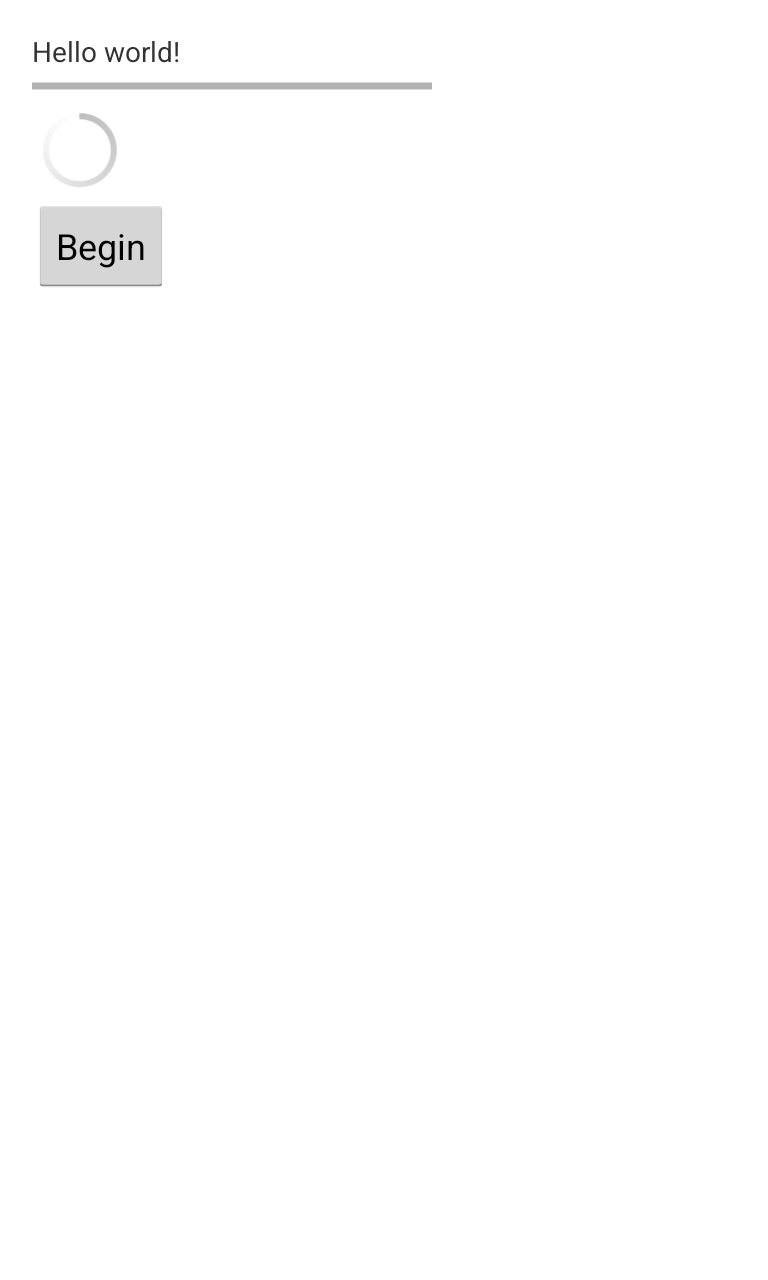
Repository: 729517723/AndroidProject
Layout: Contrl_ProcessBar/res/layout/activity_main.xml
The author's editor kept a copy of each file at every save. The layout is drawn from the files as they stood at one save, then again after the next save.
It is drawn on a 768 x 1280 px phone screen (xhdpi) without system bars, with theme AppTheme; the app's code is not run.

Above is the layout before, as saved 2016-08-21 09:34:37.

After the next save:
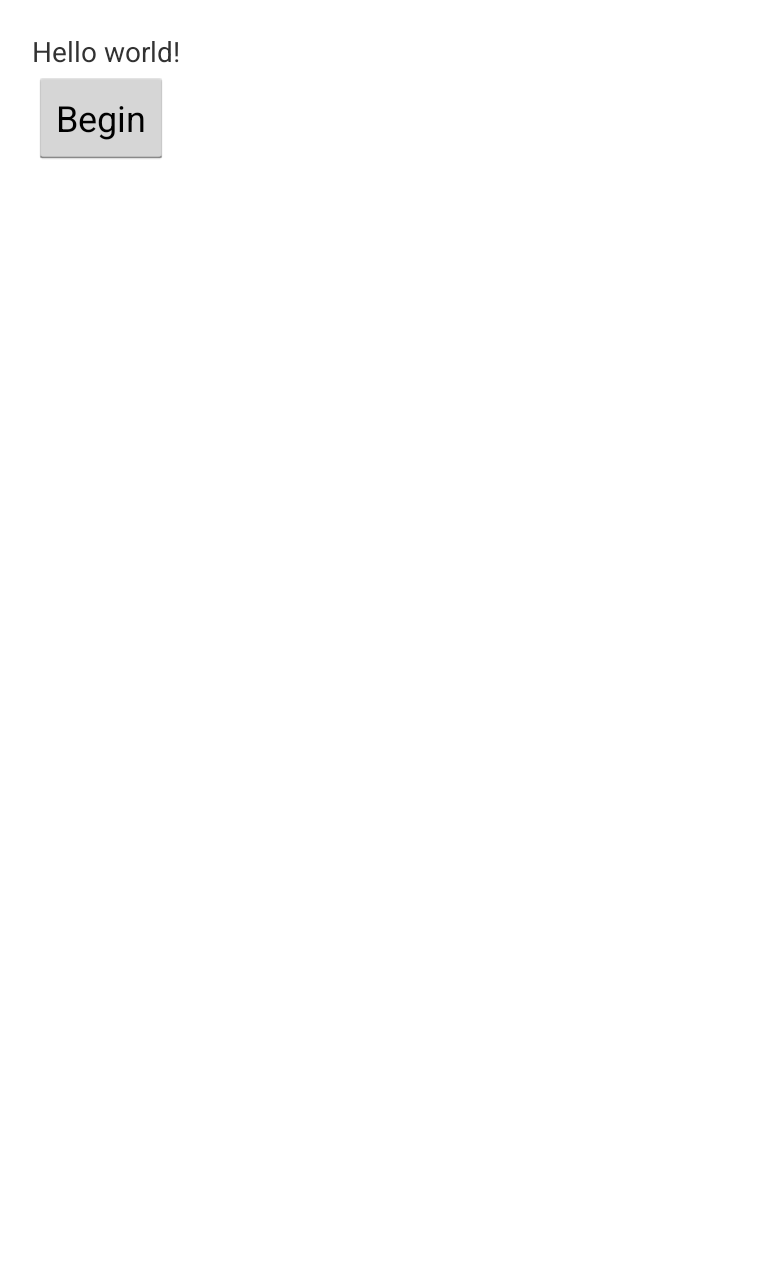
Saved 5 min 36 s later.
--- a/Contrl_ProcessBar/res/layout/activity_main.xml
+++ b/Contrl_ProcessBar/res/layout/activity_main.xml
@@ -19,14 +19,14 @@
         style="?android:attr/progressBarStyleHorizontal"
         android:layout_width="200dp"
         android:layout_height="wrap_content"
-        android:visibility="visible"/>
+        android:visibility="gone"/>
 
     <ProgressBar
         android:id="@+id/secondBar"
         style="?android:attr/progressBarStyle"
         android:layout_width="wrap_content"
         android:layout_height="wrap_content"
-        android:visibility="visible" />
+        android:visibility="gone" />
 
     <Button
         android:id="@+id/begin"
